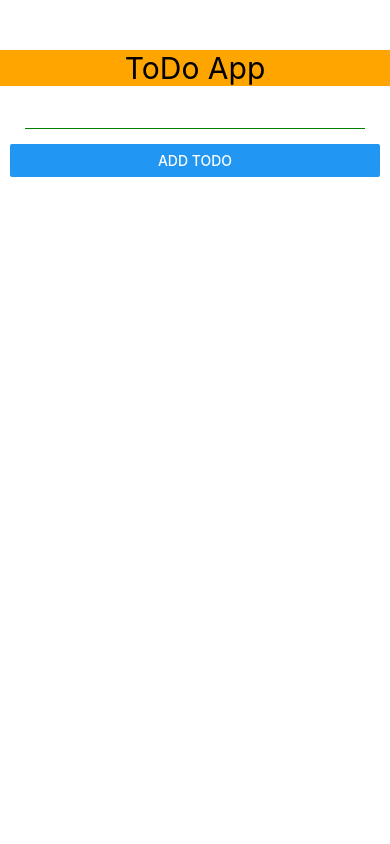
Repository: Ducbii4202/React-Native
Screen: /
An editor plug-in stored every save of this project. The screen is shown before and after a run of saves, followed by the edit.
The app was drawn by React Native's web renderer in a window 390 px wide. The project was rebuilt for these pictures with package versions that can differ from the ones it lists, and the page was loaded fresh each time.

Above is the screen before, as saved 2024-09-19 19:37:46.

After the next 2 saves:
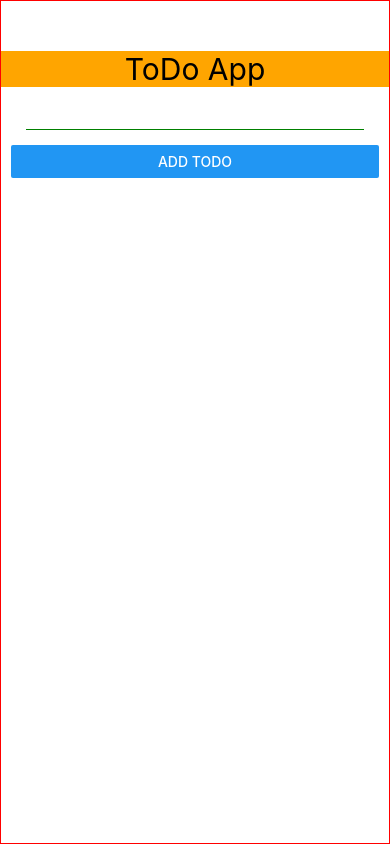
The 2 saves are shown as one change because they came seconds apart.
The last was saved 43 s later.
--- a/App.tsx
+++ b/App.tsx
@@ -94,7 +94,8 @@ const styles = StyleSheet.create({
     flex: 1,
     backgroundColor: '#fff',
     paddingTop: 50,
-   paddingBottom: 50,
+    borderWidth: 1,
+    borderColor: 'red',
   },
   header: {
     backgroundColor: 'orange',
